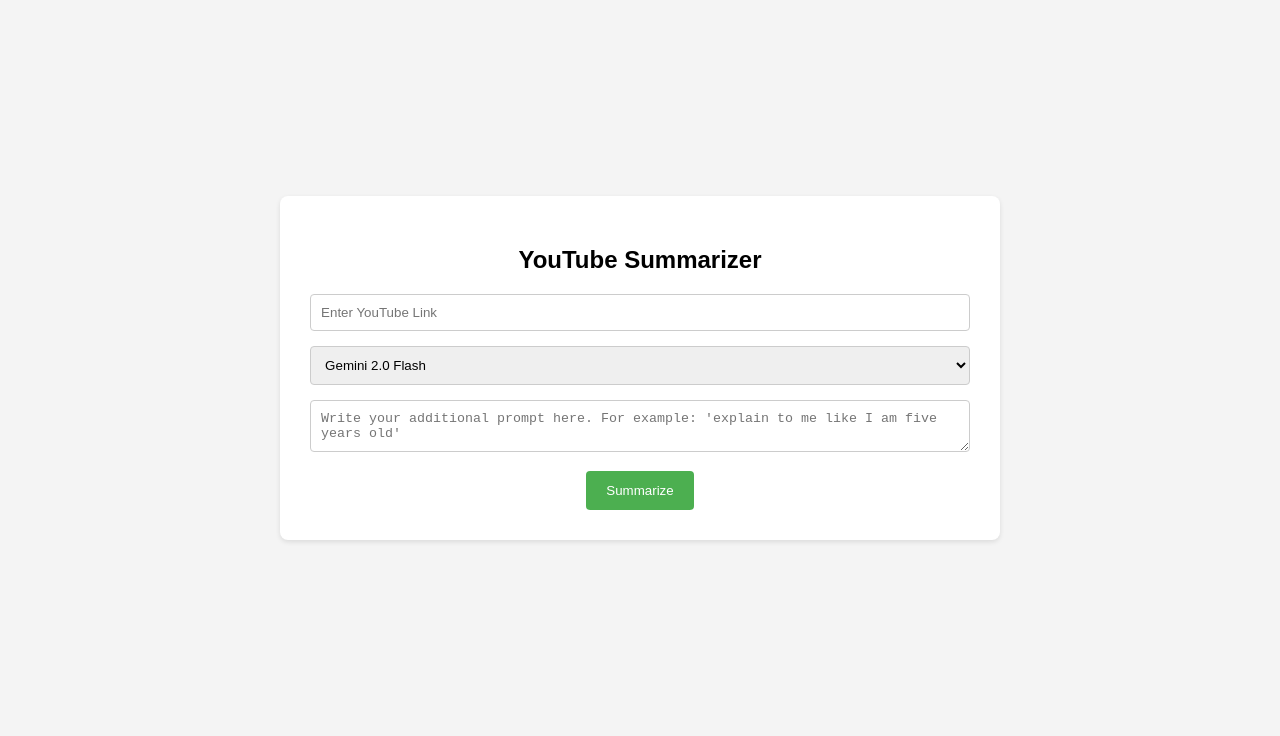
Repository: chideracloud/Gemini-AI
Page: hello-world-1/templates/index.html
The author's editor kept a copy of each file at every save. The page is drawn from the files as they stood at one save, then again after the next save.
The browser window is 1280 px wide. The pictures show the whole page.

Above is the page before, as saved 2025-08-09 12:51:20.

### hello-world-1/templates/index.html
<!DOCTYPE html>
<html>
 <head>
   <title>YouTube Summarizer</title>
   <style>
     body {
       font-family: sans-serif;
       display: flex;
       justify-content: center;
       align-items: center;
       min-height: 100vh;
       background-color: #f4f4f4;
     }
     .container {
       background-color: white;
       padding: 30px;
       border-radius: 8px;
       box-shadow: 0 2px 5px rgba(0, 0, 0, 0.1);
       text-align: center;
     }
     h2 {
       text-align: center;
       margin-bottom: 20px;
     }
     input[type="text"], textarea, select {
       width: 100%;
       padding: 10px;
       margin-bottom: 15px;
       border: 1px solid #ccc;
       border-radius: 4px;
       box-sizing: border-box;
     }
     button {
       background-color: #4CAF50;
       color: white;
       padding: 12px 20px;
       border: none;
       border-radius: 4px;
       cursor: pointer;
     }
   </style>
 </head>
 <body>
   <div class="container">
     <h2>YouTube Summarizer</h2>
     <form action="/summarize" target="_blank" method="post">
       <input type="text" name="youtube_link" placeholder="Enter YouTube Link">
       <select name="model">
         <option value="gemini-2.0-flash-001">Gemini 2.0 Flash</option>
       </select>
       <textarea name="additional_prompt" placeholder="Write your additional prompt here. For example: 'explain to me like I am five years old'"></textarea>
       <button type="submit">Summarize</button>
     </form>
   </div>
 </body>
</html>

After the next save:
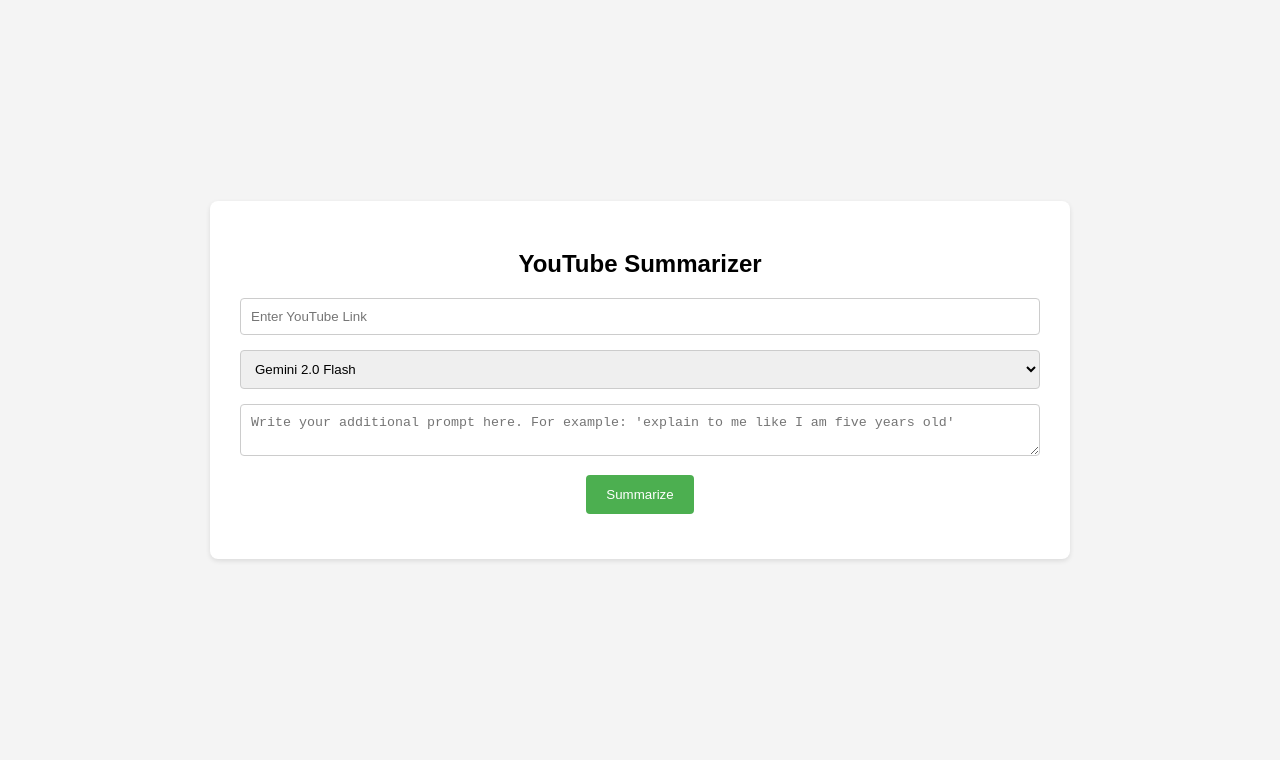
Saved 2 min 1 s later.
--- a/hello-world-1/templates/index.html
+++ b/hello-world-1/templates/index.html
@@ -10,6 +10,8 @@
        align-items: center;
        min-height: 100vh;
        background-color: #f4f4f4;
+       margin: 0;
+       padding: 20px;
      }
      .container {
        background-color: white;
@@ -17,6 +19,8 @@
        border-radius: 8px;
        box-shadow: 0 2px 5px rgba(0, 0, 0, 0.1);
        text-align: center;
+       width: 100%;
+       max-width: 800px;
      }
      h2 {
        text-align: center;
@@ -38,19 +42,98 @@
        border-radius: 4px;
        cursor: pointer;
      }
+     #loading {
+       display: none;
+       margin-top: 20px;
+     }
+     #summary-container {
+       margin-top: 30px;
+       display: none;
+       text-align: left;
+     }
+     #summary-text {
+       background-color: #f9f9f9;
+       padding: 15px;
+       border-radius: 4px;
+       border-left: 4px solid #4CAF50;
+       white-space: pre-wrap;
+     }
+     .error {
+       color: #f44336;
+       margin-top: 15px;
+     }
    </style>
  </head>
  <body>
    <div class="container">
      <h2>YouTube Summarizer</h2>
-     <form action="/summarize" target="_blank" method="post">
-       <input type="text" name="youtube_link" placeholder="Enter YouTube Link">
-       <select name="model">
+     <form id="summarize-form">
+       <input type="text" name="youtube_link" id="youtube_link" placeholder="Enter YouTube Link" required>
+       <select name="model" id="model">
          <option value="gemini-2.0-flash-001">Gemini 2.0 Flash</option>
        </select>
-       <textarea name="additional_prompt" placeholder="Write your additional prompt here. For example: 'explain to me like I am five years old'"></textarea>
+       <textarea name="additional_prompt" id="additional_prompt" placeholder="Write your additional prompt here. For example: 'explain to me like I am five years old'"></textarea>
        <button type="submit">Summarize</button>
      </form>
+
+     <div id="loading">
+       <p>Generating summary... This may take a moment.</p>
+     </div>
+
+     <div id="error-message" class="error"></div>
+
+     <div id="summary-container">
+       <h3>Summary</h3>
+       <div id="summary-text"></div>
+     </div>
    </div>
+
+   <script>
+     document.getElementById('summarize-form').addEventListener('submit', function(e) {
+       e.preventDefault();
+
+       // Show loading message
+       document.getElementById('loading').style.display = 'block';
+       document.getElementById('summary-container').style.display = 'none';
+       document.getElementById('error-message').textContent = '';
+
+       // Get form data
+       const youtubeLink = document.getElementById('youtube_link').value;
+       const model = document.getElementById('model').value;
+       const additionalPrompt = document.getElementById('additional_prompt').value;
+
+       // Create form data object
+       const formData = new FormData();
+       formData.append('youtube_link', youtubeLink);
+       formData.append('model', model);
+       formData.append('additional_prompt', additionalPrompt);
+
+       // Send AJAX request
+       fetch('/summarize', {
+         method: 'POST',
+         body: formData
+       })
+       .then(response => response.json())
+       .then(data => {
+         // Hide loading message
+         document.getElementById('loading').style.display = 'none';
+
+         if (data.success) {
+           // Show summary
+           document.getElementById('summary-container').style.display = 'block';
+           document.getElementById('summary-text').textContent = data.summary;
+         } else {
+           // Show error message
+           document.getElementById('error-message').textContent = data.error || 'An error occurred while generating the summary.';
+         }
+       })
+       .catch(error => {
+         // Hide loading message and show error
+         document.getElementById('loading').style.display = 'none';
+         document.getElementById('error-message').textContent = 'An error occurred. Please try again.';
+         console.error('Error:', error);
+       });
+     });
+   </script>
  </body>
 </html>
